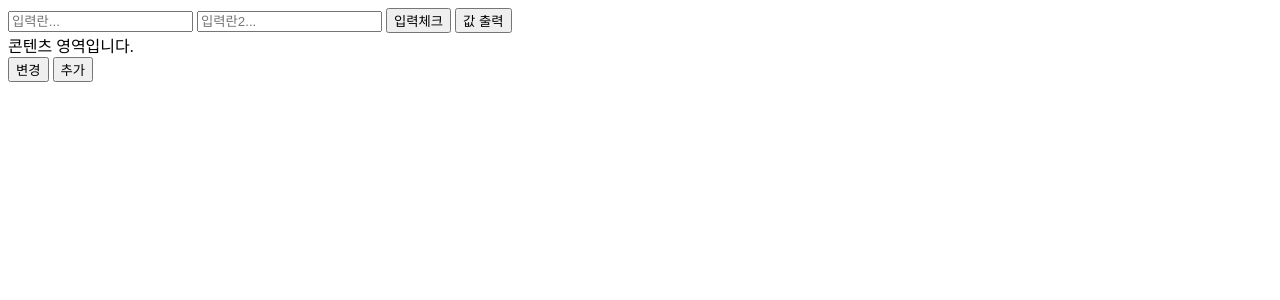
Repository: mjh1583/Hustar03_eGov
Page: http://localhost/JavaScript/js005.jsp
An editor plug-in stored every save of this project. The page is shown before and after the next save, followed by the edit.
The browser window is 1280 px wide. The pictures show the whole page.
The page is served by Tomcat 9.

Above is the page before, as saved 2021-05-06 06:49:39.

After the next save:
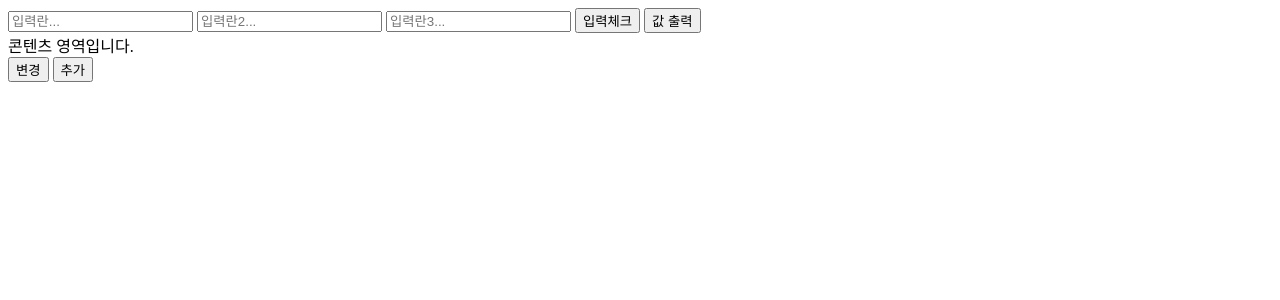
Saved 24 s later.
--- a/workspace/JavaScript/src/main/webapp/js005.jsp
+++ b/workspace/JavaScript/src/main/webapp/js005.jsp
@@ -10,6 +10,7 @@
 	<div>
 		<input type="text" id="txt" class="cls_txt" name="txt" placeholder="입력란..."/>
 		<input type="text" id="txt2" class="cls_txt" name="txt2" placeholder="입력란2..."/>
+		<input type="text" id="txt3" class="cls_txt" name="txt3" placeholder="입력란3..."/>
 		<input type="button" value="입력체크" onclick="fn_check();"/>
 		<input type="button" value="값 출력" onclick="fn_print();"/>
 	</div>
